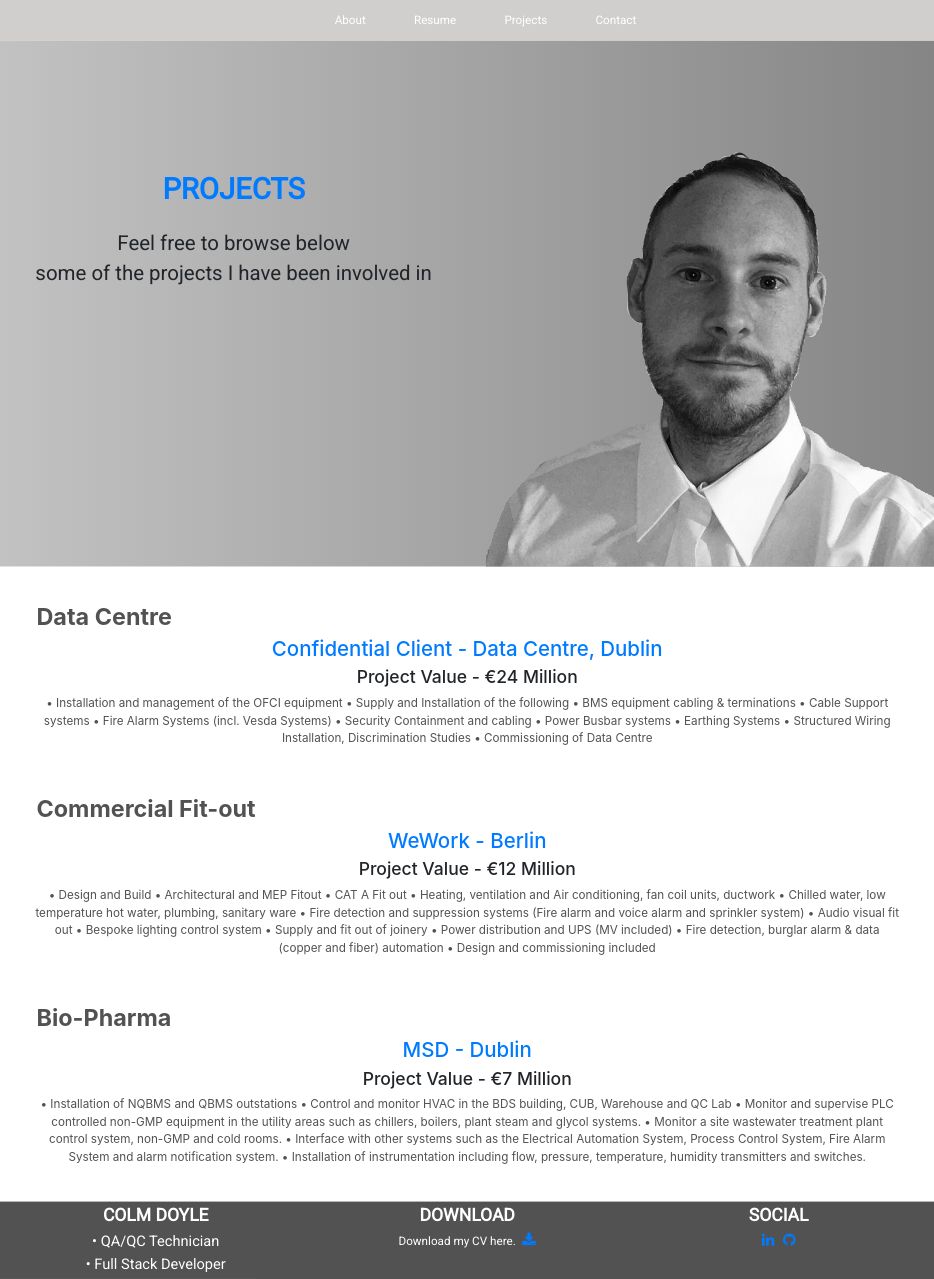
Repository: Code-Institute-Submissions/collyd21-milestone1
Page: projects.html
The author's editor kept a record of every edit. The page is drawn from the files as they stood at one moment, then again after the next edit.
The browser window is 1280 px wide. The pictures show the whole page, at 73% of full size.

Above is the page before.

After the next edit:
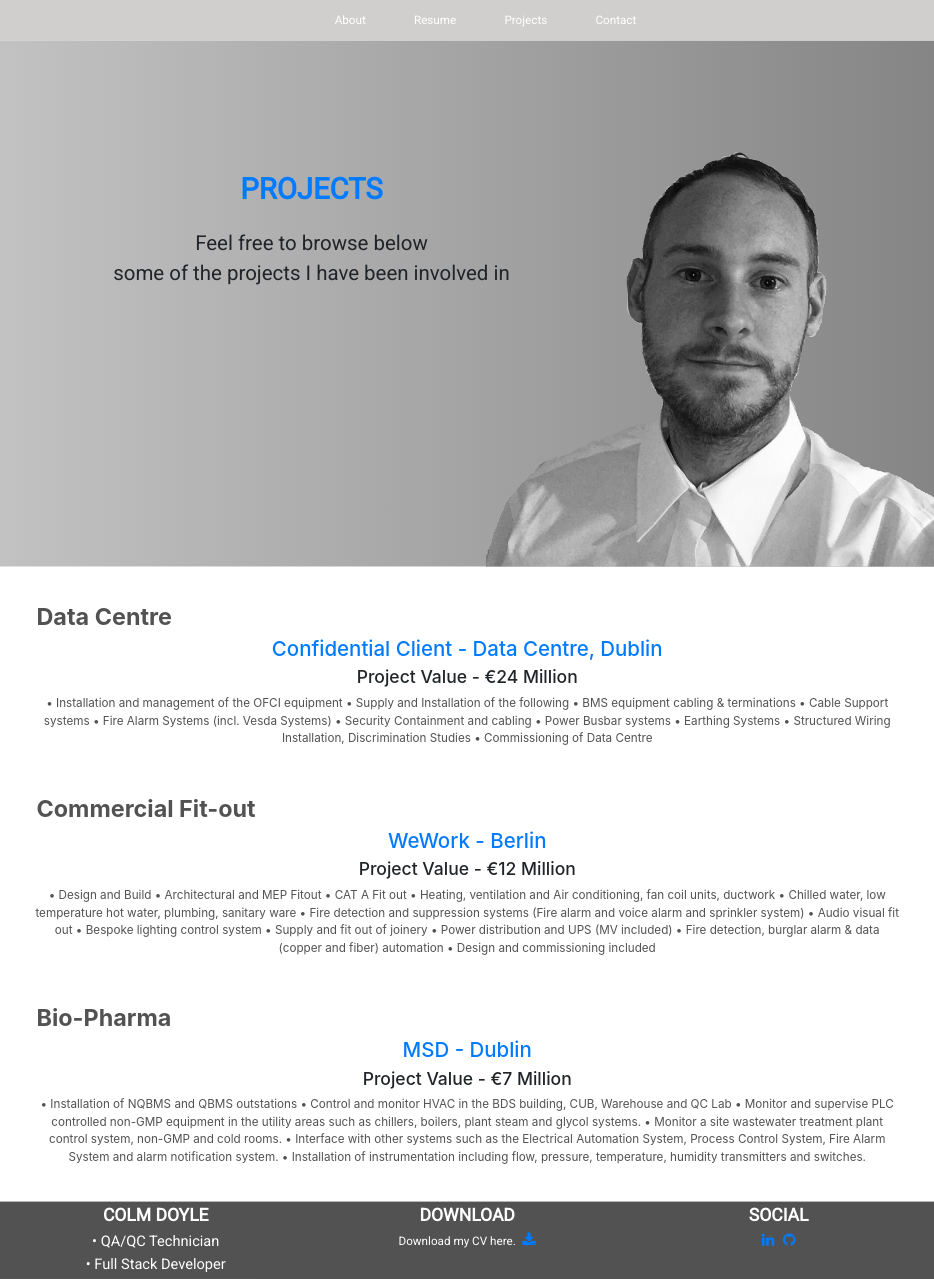
The edit:
--- a/projects.html
+++ b/projects.html
@@ -42,7 +42,7 @@
     <header class="jumbotron-fluid" id="main-view">
         <div class="container-fluid no-gutters">
             <div class="row">
-                <div class="col-sm-6" id="projects">
+                <div class="col-lg-8 col-md-8 col-sm-12 col-xs-12" id="projects">
                     <h1 class="uppercase-jumbo">Projects</h1>
                     <br>
                     <h3>Feel free to browse below</h3>
